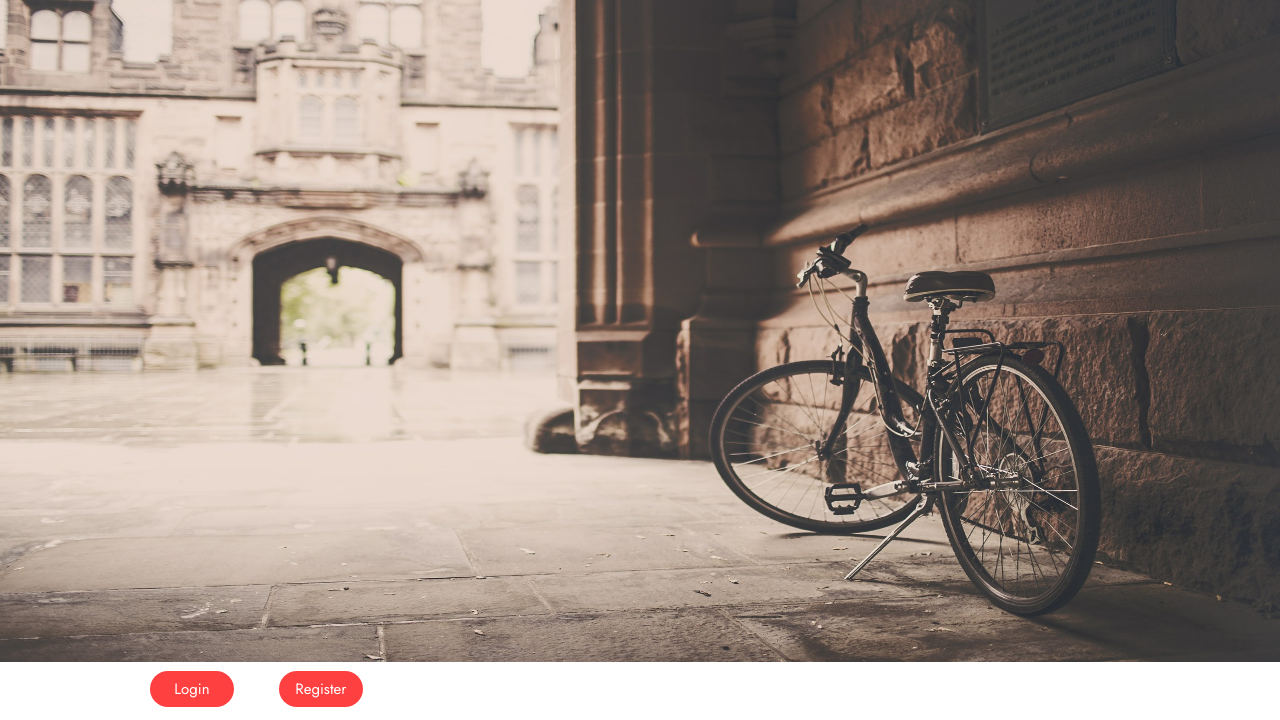
Repository: PatryxB/bikeService
Page: http://localhost/
An editor plug-in stored every save of this project. The page is shown before and after the next save, followed by the edit.
The browser window is 1280 px wide. The pictures show the whole page.
The page is served by the project's Laravel application, run on PHP 8.4 with Laravel 8. Style sheets and scripts are compiled from the project's sources, by tool versions that may differ from the author's.

Above is the page before, as saved 2020-05-01 15:45:48.

After the next save:
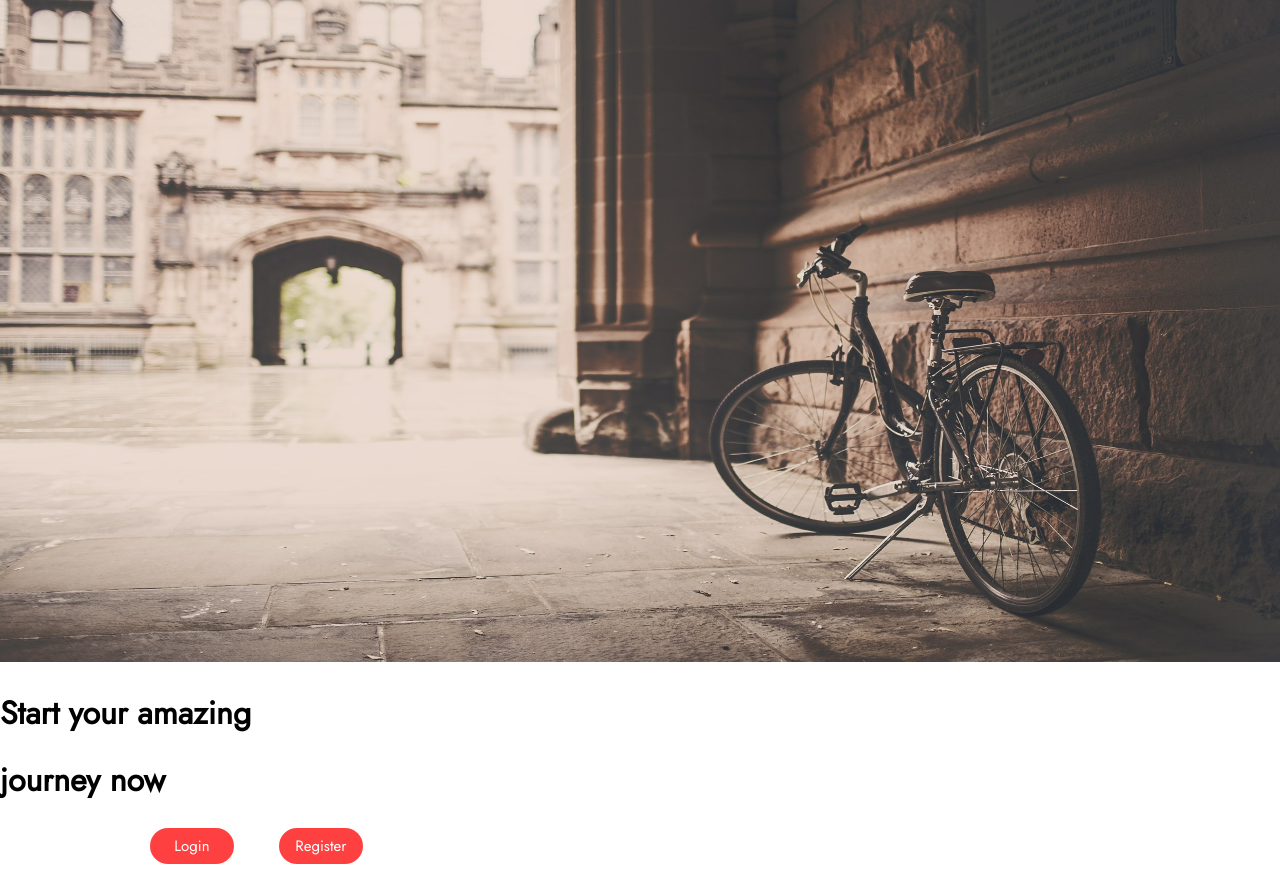
Saved 104 s later.
--- a/resources/views/welcome.blade.php
+++ b/resources/views/welcome.blade.php
@@ -13,6 +13,8 @@
 
         <div class="banner">
             <img src="{{asset('/img/bikebanner.jpg')}}" alt="">
+            <h1>Start your amazing</h1>
+            <h1>journey now</h1>
         </div>
 
         @extends('layouts.app')
